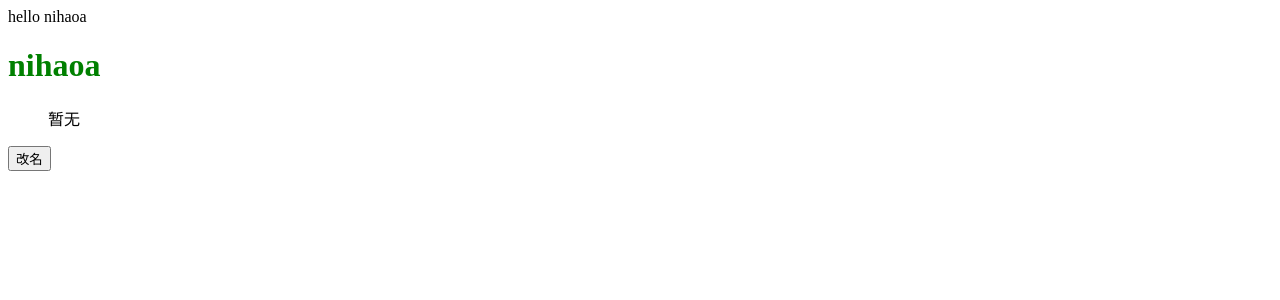
Repository: zgw88/vite-svelte
Page: /
These files come from the project's save history. The page is drawn as it stood at one moment and after the next save; the edit follows.
The browser window is 1280 px wide. The pictures show the whole page.
The project was rebuilt for these pictures with package versions that can differ from the ones it lists, and the page was loaded fresh each time. Also part of the build but not shown: vite.config.js, src/app.css.

Above is the page before, as saved 2022-08-08 17:03:55.

After the next save:
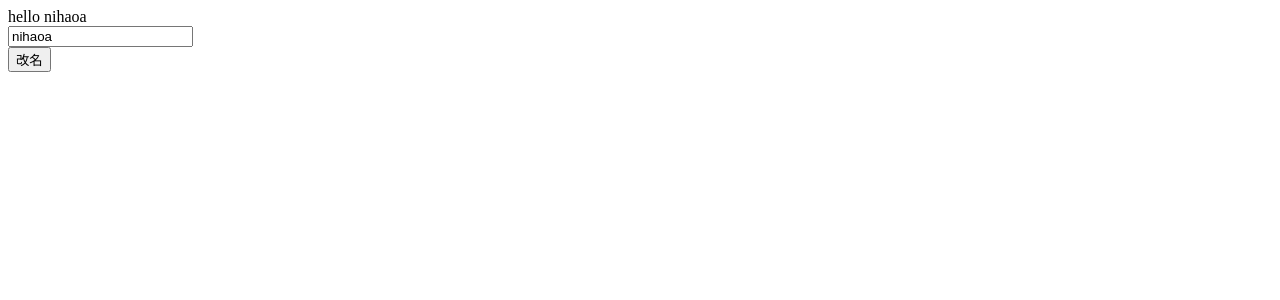
Saved 112 s later.
--- a/src/App.svelte
+++ b/src/App.svelte
@@ -34,7 +34,7 @@
 <!-- <span>{a} + {b} = {a + b}</span> -->
 <!-- <div style="color: {color}">{@html el1}</div> -->
 <!-- <div class:active={foo}>{@html el1}</div> -->
-{#if state}
+<!-- {#if state}
   <div style="color: {color}">{@html el1}</div>
 {:else}
   <div style="color: {color}">{@html el1}</div>
@@ -45,7 +45,8 @@
     {:else}
     <div>暂无</div>
   {/each}
-</ul>
+</ul> -->
+<input type="text" value={name} />
 <div on:click={handleClickP}>
   <button on:click|stopPropagation={handleClick}>改名</button>
 </div>
